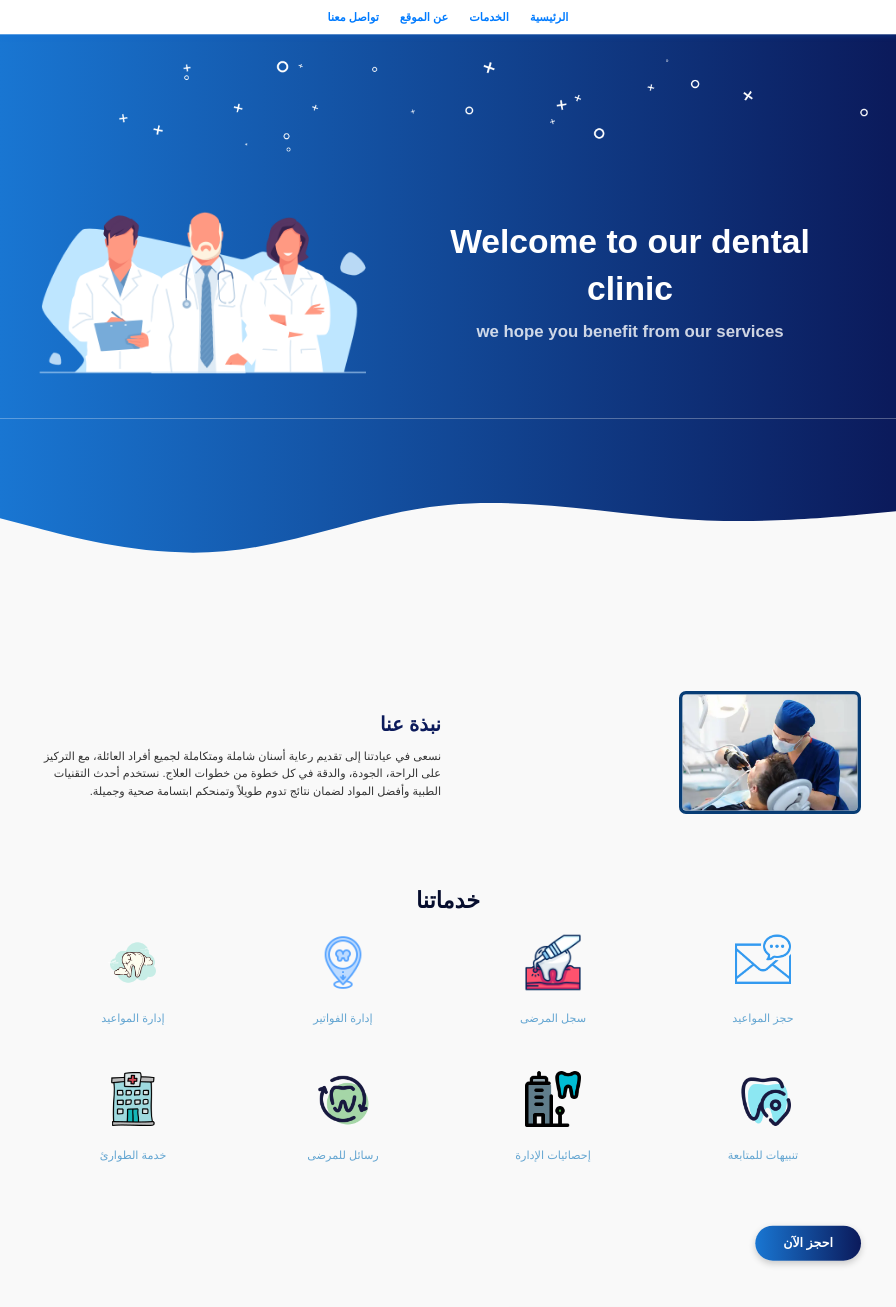
Repository: mysite4/s
Page: http://localhost/
An editor plug-in stored every save of this project. The page is shown before and after the next save, followed by the edit.
The browser window is 1280 px wide. The pictures show the whole page, at 70% of full size.
Some web fonts or font styles are not loaded; a fallback is used. The page is served by the project's application, run on Django 5.2 (manage.py). Other server files are loaded and not shown.

Above is the page before, as saved 2025-10-21 13:39:00.

### main/templates/home.html
{% load static %}
<!DOCTYPE html>
<html lang="ar" dir="rtl">
<head>
<meta charset="UTF-8">
<meta name="viewport" content="width=device-width, initial-scale=1.0">
<title>هيدر مثل Clindo</title>
<link href="https://fonts.googleapis.com/css2?family=Cairo:wght@200..1000&display=swap" rel="stylesheet">
<link rel="stylesheet" href="{% static 'css/style.css' %}">
</head>
<body>

<nav>
  <ul>
    <li><a href="#">الرئيسية</a></li>
    <li><a href="#">الخدمات</a></li>
    <li><a href="#">عن الموقع</a></li>
    <li><a href="#">تواصل معنا</a></li>
  </ul>
</nav>

<header>
  <div class="header-image">
    <img src="{% static 'image/44.png' %}" alt="صورة شفافة">
  </div>
  <div class="header-content">
    <div class="header-text">
      <h1>Welcome to our dental clinic</h1>
      <h3>we hope you benefit from our services</h3>
    </div>
    <div class="header-icon">
      <img src="{% static 'image/r.png.png' %}" alt="ريم">
    </div>
  </div>
</header>

<!-- موجة -->
<svg class="waves" xmlns="http://www.w3.org/2000/svg" viewBox="0 0 1440 320">
  <defs>
    <linearGradient id="waveGradient" x1="0%" y1="0%" x2="100%" y2="0%">
      <stop offset="0%" style="stop-color:#1976d2;stop-opacity:1" />
      <stop offset="100%" style="stop-color:#0b1a5b;stop-opacity:1"/>
    </linearGradient>
  </defs>
  <path fill="url(#waveGradient)" d="M0,160L60,176C120,192,240,224,360,213.3C480,203,600,149,720,138.7C840,128,960,149,1080,160C1200,171,1320,160,1380,154.7L1440,149L1440,0L0,0Z"></path>
</svg>

<main>
  <!-- قسم نبذة عنا -->
  <div class="about-section">
    <div class="about-image">
      <img src="{% static 'image/9.webp' %}" alt="صورة طبيب أسنان">
    </div>
    <div class="about-text">
      <h2>نبذة عنا</h2>
      <p>
        نسعى في عيادتنا إلى تقديم رعاية أسنان شاملة ومتكاملة لجميع أفراد العائلة، مع التركيز على الراحة، الجودة، والدقة في كل خطوة من خطوات العلاج.
        نستخدم أحدث التقنيات الطبية وأفضل المواد لضمان نتائج تدوم طويلاً وتمنحكم ابتسامة صحية وجميلة.
      </p>
    </div>
  </div>

  <!-- قسم خدماتنا -->
  <section class="services-section">
    <h2>خدماتنا</h2>
    <div class="services-container">
      <div class="service-item">
        <img src="{% static 'image/8.png' %}" alt="خدمة 1">
        <p>حجز المواعيد</p>
      </div>
      <div class="service-item">
        <img src="{% static 'image/7.png' %}" alt="خدمة 2">
        <p>سجل المرضى</p>
      </div>
      <div class="service-item">
        <img src="{% static 'image/2.png' %}" alt="خدمة 3">
        <p>إدارة الفواتير</p>
      </div>
      <div class="service-item">
        <img src="{% static 'image/4.png' %}" alt="خدمة 4">
        <p>إدارة المواعيد</p>
      </div>
      <div class="service-item">
        <img src="{% static 'image/6.png' %}" alt="خدمة 5">
        <p>تنبيهات للمتابعة</p>
      </div>
      <div class="service-item">
        <img src="{% static 'image/3.png' %}" alt="خدمة 6">
        <p>إحصائيات الإدارة</p>
      </div>
      <div class="service-item">
        <img src="{% static 'image/5.png' %}" alt="خدمة 7">
        <p>رسائل للمرضى</p>
      </div>
      <div class="service-item">
        <img src="{% static 'image/1.png' %}" alt="خدمة 8">
        <p>خدمة الطوارئ</p>
      </div>
      <div class="book-button">
  <a href="{% url 'booking_page' %}">احجز الآن</a>
</div>
    </div>
  </section>
</main>

</body>
</html>

### main/views.py
from django.shortcuts import render

def home(request):
    return render(request, 'home.html')
from django.shortcuts import render

def booking_page(request):
    return render(request, 'booking.html')

### mysite/urls.py
"""
URL configuration for mysite project.

The `urlpatterns` list routes URLs to views. For more information please see:
    https://docs.djangoproject.com/en/5.2/topics/http/urls/
Examples:
Function views
    1. Add an import:  from my_app import views
    2. Add a URL to urlpatterns:  path('', views.home, name='home')
Class-based views
    1. Add an import:  from other_app.views import Home
    2. Add a URL to urlpatterns:  path('', Home.as_view(), name='home')
Including another URLconf
    1. Import the include() function: from django.urls import include, path
    2. Add a URL to urlpatterns:  path('blog/', include('blog.urls'))
"""
from django.contrib import admin
from django.urls import path, include

urlpatterns = [
    path('admin/', admin.site.urls),
    path('', include('main.urls')),
]

### main/urls.py
from django.urls import path
from . import views

urlpatterns = [
    path('', views.home, name='home'),
    path('booking/', views.booking_page, name='booking_page'),
]

### main/static/css/style.css
/* إعدادات عامة */
html, body {
  margin: 0;
  padding: 0;
  width: 100%;
  font-family: 'Cairo', sans-serif;
  background-color: #f9f9f9;
}

/* Navbar */
nav {
  width: 100%;
  background-color: #ffffff;
  box-shadow: 0 4px 8px rgba(0, 123, 255, 0.2);
  position: fixed;
  top: 0;
  z-index: 1000;
}

nav ul {
  display: flex;
  justify-content: center;
  list-style: none;
  margin: 0;
  padding: 0 30px;
}

nav ul li {
  margin: 0 15px;
}

nav ul li a {
  text-decoration: none;
  color: #007bff;
  font-weight: 600;
  padding: 15px 0;
  display: inline-block;
  transition: color 0.3s, border-bottom 0.3s;
}

nav ul li a:hover {
  color: #0056b3;
  border-bottom: 3px solid #007bff;
}

/* صورة شفافة أسفل النافبار */
.header-image {
  width: 100%;
  margin-top: 60px; /* لتجنب تغطية النافبار */
}

.header-image img {
  width: 100%;
  height: auto;
  display: block;
}

/* Header */
header {
  position: relative;
  width: 100%;
  min-height: 200px; /* انخفاض طول الهيدر */
  overflow: hidden;
  background: linear-gradient(to left, #0b1a5b, #1976d2);
  display: flex;
  flex-direction: column;
  justify-content: center;
  align-items: center;
  padding: 20px 0 0 0;
}

/* محتوى الهيدر */
.header-content {
  display: flex;
  flex-direction: row;
  justify-content: space-between;
  align-items: center;
  width: 100%;
  max-width: 1200px;
  padding: 20px 50px;
  margin-top: 5px;
}

.header-text {
  color: white;
  max-width: 50%;
  text-align: center;
  line-height: 1.4;
  padding: 40px;
}

.header-text h1 {
  font-size: 48px;
  margin: 0;
}

.header-text h3 {
  font-size: 24px;
  margin-top: 10px;
  color: rgba(255,255,255,0.8);
}

.header-icon img {
  width: 500px;
  height: auto;
  border-radius: 15px;
}

/* قسم نبذة عنا */
.about-section {
  display: flex;
  flex-wrap: wrap;
  justify-content: space-between;
  align-items: center;
  max-width: 1200px;
  margin: 50px auto;
  gap: 20px;
}

.about-image, .about-text {
  flex: 1 1 45%;
}

.about-image img {
  width: 100%;
  max-width: 250px;
  height: auto;
  border-radius: 10px;
  border: 5px solid #083d75;
  margin: 0 auto;
}

.about-text {
  text-align: right;
}

.about-text h2 {
  font-size: 28px;
  margin-bottom: 15px;
  color: #0b1a5b;
}

.about-text p {
  font-size: 16px;
  line-height: 1.6;
  color: #333;
}

/* قسم خدماتنا */
.services-section {
  max-width: 1200px;
  margin: 100px auto 50px auto;
  text-align: center;
}

.services-section h2 {
  font-size: 32px;
  margin-bottom: 30px;
  color: #070e2e;
}

.services-container {
  display: flex;
  flex-wrap: wrap;
  justify-content: space-between;
  gap: 20px;
}

.service-item {
  flex: 1 1 22%; /* كل عمود يأخذ ربع المساحة تقريبا */
  text-align: center;
  margin-bottom: 30px;
}

.service-item img {
  width: 80px;
  height: 80px;
  margin-bottom: 10px;
}

.service-item p {
  font-size: 16px;
  color: #63a5d1;
}

/* محتوى الصفحة */
main {
  padding: 30px 50px;
  margin-top: 20px;
}

/* Media Queries */
@media (max-width: 992px) {
  .header-content {
    flex-direction: column;
    text-align: center;
    padding: 0 20px;
  }

  .header-text {
    max-width: 100%;
    margin-bottom: 20px;
    text-align: center;
  }

  .header-icon img {
    width: 80%;
  }

  nav ul {
    justify-content: center;
  }

  .service-item {
    flex: 1 1 45%; /* عمودين في الشاشات المتوسطة */
  }
}

@media (max-width: 600px) {
  .service-item {
    flex: 1 1 100%; /* عمود واحد في الشاشات الصغيرة */
  }

  .about-section {
    flex-direction: column;
    align-items: center;
  }

  .about-text {
    text-align: center;
  }

  .about-image img {
    max-width: 200px;
  }
}
.book-button {
  text-align: center;
  margin-top: 40px;
}

.book-button a {
  background: linear-gradient(to right, #1976d2, #0b1a5b);
  color: #fff;
  padding: 15px 40px;
  border-radius: 30px;
  text-decoration: none;
  font-size: 18px;
  font-weight: bold;
  transition: 0.3s ease;
  box-shadow: 0 4px 10px rgba(0, 0, 0, 0.2);
}

.book-button a:hover {
  background: linear-gradient(to right, #0b1a5b, #1976d2);
  transform: scale(1.05);
}

After the next save:
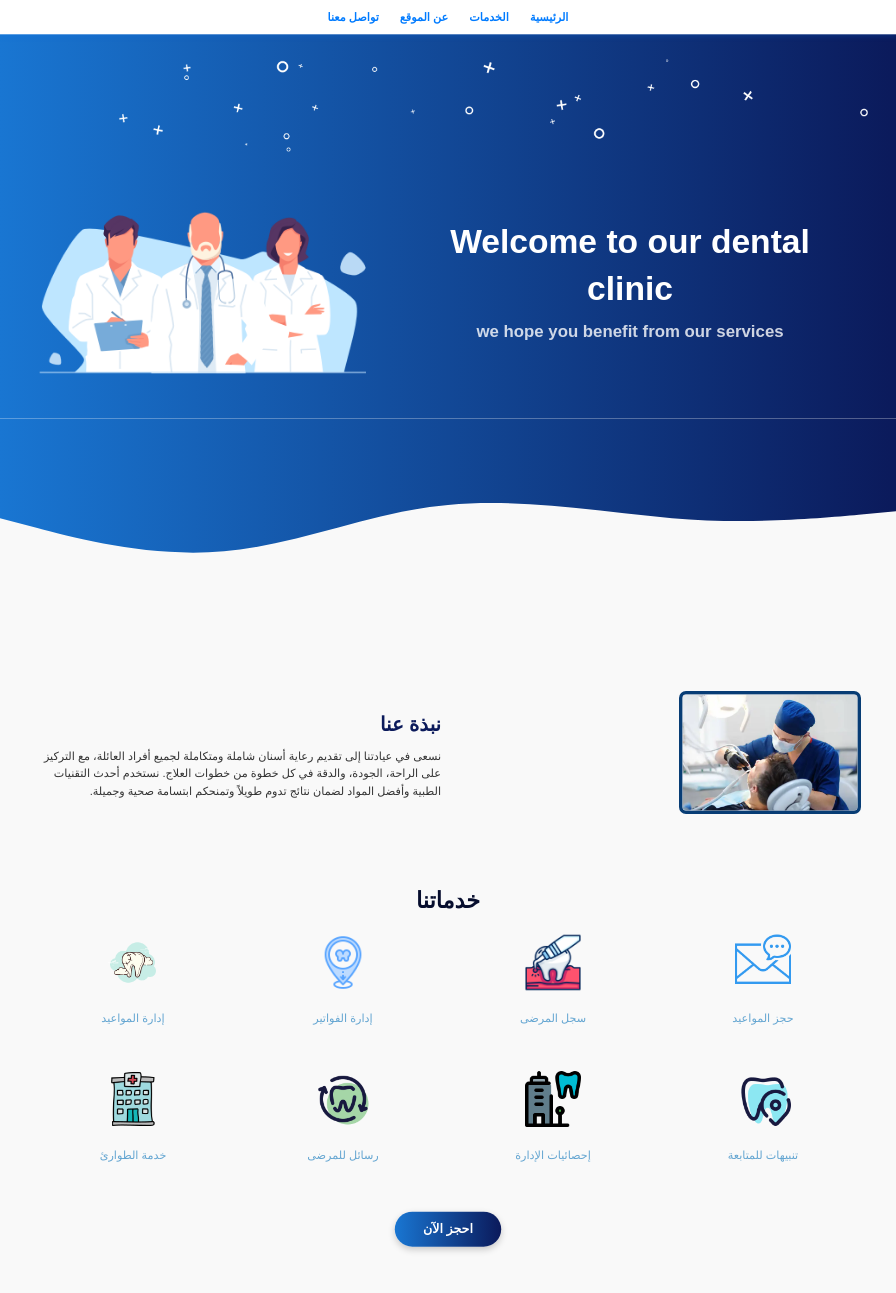
Saved 95 s later.
--- a/main/templates/home.html
+++ b/main/templates/home.html
@@ -96,10 +96,10 @@
         <img src="{% static 'image/1.png' %}" alt="خدمة 8">
         <p>خدمة الطوارئ</p>
       </div>
-      <div class="book-button">
+    </div>
+       <div class="book-button">
   <a href="{% url 'booking_page' %}">احجز الآن</a>
 </div>
-    </div>
   </section>
 </main>
 
